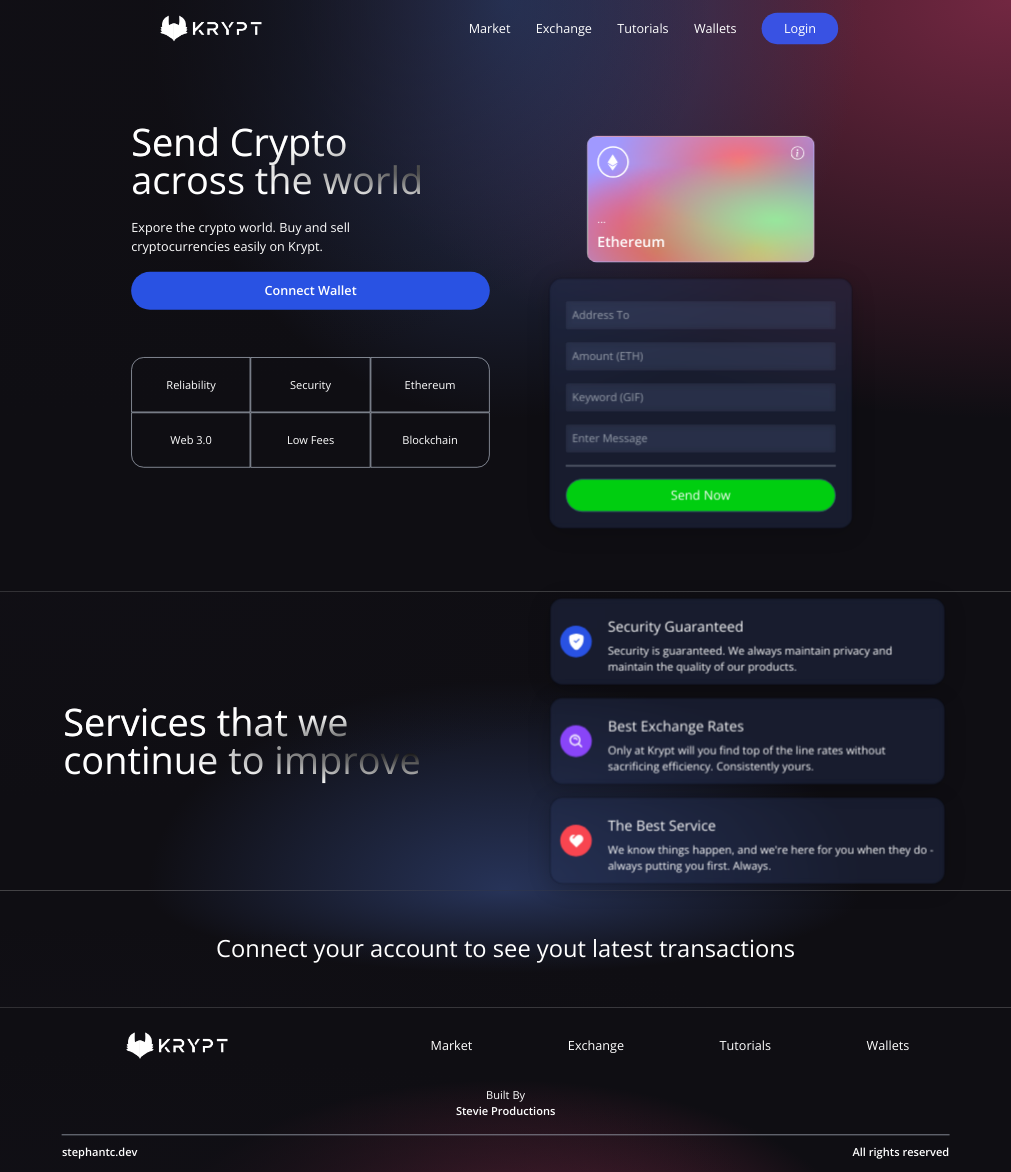
Repository: stephan-chiorean/krypt
Page: / (app in client/)
These files come from the project's save history. The page is drawn as it stood at one moment and after the next save; the edit follows.
The browser window is 1280 px wide. The pictures show the whole page, at 79% of full size.
The project was rebuilt for these pictures with package versions that can differ from the ones it lists, and the page was loaded fresh each time. Also part of the build but not shown: client/vite.config.js, client/src/components/Loader.jsx.

Above is the page before, as saved 2023-03-29 23:45:18.

### client/src/main.jsx
import React from 'react'
import ReactDOM from 'react-dom/client'
import App from './App'
import {TransactionProvider} from './context/TransactionContext';
import './index.css'

ReactDOM.createRoot(document.getElementById('root')).render(
  <TransactionProvider>
  <React.StrictMode>
    <App />
  </React.StrictMode>
  </TransactionProvider>,
)

### client/src/App.jsx
import {Navbar, Welcome, Footer, Services, Transactions} from './components';

const App = () => {

  return (
    <div className="min-h-screen">
      <div className="gradient-bg-welcome">
        <Navbar/>
        <Welcome/>
      </div>
      <Services/>
      <Transactions/>
      <Footer/>
    </div>
  )
}

export default App

### client/src/context/TransactionContext.jsx
import React, { useState, useEffect } from 'react';
import * as ethers from 'ethers';
import { contractABI, contractAddress } from '../utils/constants';
import toast from 'react-hot-toast';

export const TransactionContext = React.createContext();

const { ethereum } = window;

const getEthereumContract = () => {
  console.log(ethers);
  const provider = new ethers.providers.Web3Provider(ethereum);
  const signer = provider.getSigner();
  const transactionContract = new ethers.Contract(
    contractAddress,
    contractABI,
    signer
  );

  return transactionContract;

  //   console.log({
  //     provider,
  //     signer,
  //     transactionContract,
  //   });
};

export const TransactionProvider = ({ children }) => {
  const [connectedAccount, setConnectedAccount] = useState('');
  const [transactions, setTransactions] = useState([])
  const [isTransactionAdded, setIsTransactionAdded] = useState(false);
  const [formData, setFormData] = useState({
    addressTo: '',
    amount: 0,
    keyword: '',
    message: '',
  });
  const [isLoading, setIsLoading] = useState(false);
  const [transactionCount, setTransactionCount] = useState(
    localStorage.getItem('transactionCount')
  );

  const handleChange = (e, name) => {
    setFormData((prevState) => ({ ...prevState, [name]: e.target.value }));
  };

  const getAllTransactions = async () => {
    try {
      if (!ethereum) return alert('Please install metamask');
      const transactionContract = getEthereumContract();

      const availableTransactions =
        await transactionContract.getAllTransactions();

      const structuredTransactions = availableTransactions.map((transaction) => ({
        addressTo: transaction.receiver,
        addressFrom: transaction.sender,
        timestamp: new Date(transaction.timestamp.toNumber() * 1000).toLocaleString(),
        message: transaction.message,
        keyword: transaction.keyword,
        amount:parseInt(transaction.amount._hex) / (10 ** 18),

      }))
      setTransactions(structuredTransactions)
      console.log(structuredTransactions)
      console.log(availableTransactions);
    } catch (err) {
      console.error(err);
    }
  };

  const checkIfWalletIsConnected = async () => {
    try {
      if (!ethereum) return alert('Please install metamask');

      const accounts = await ethereum.request({ method: 'eth_accounts' });
      if (accounts.length) {
        // setConnectedAccount(accounts[0]);
        getAllTransactions();
      } else {
        console.log('No accounts found');
      }
      console.log(accounts);
    } catch (err) {
      console.error(err);
      throw new Error('No ethereum object');
    }
  };

  const checkIfTransactionsExist = async () => {
    try {
      const transactionContract = getEthereumContract();
      const transactionCount = await transactionContract.getTransactionCount();

      window.localStorage.setItem('transactionCount', transactionCount);
    } catch (err) {
      console.error(err);
    }
  };

  const disconnectWallet = async () => {
    setConnectedAccount('');
    console.log('DISCONNECTED');
  };

  const connectWallet = async () => {
    try {
      if (!ethereum) return alert('Please install metamask');

      // Display loading toast
      const loadingToast = toast.loading('Connecting...');

      const accounts = await ethereum.request({
        method: 'eth_requestAccounts',
      });

      setConnectedAccount(accounts[0]);
      console.log('CONNECTED', connectedAccount);

      // Dismiss loading toast and show a success toast
      toast.dismiss(loadingToast);
      toast.success('Connected successfully');
    } catch (err) {
      console.error(err);
      // Dismiss loading toast and show an error toast
      toast.dismiss(loadingToast);
      toast.error('Error connecting to wallet');
      throw new Error('No ethereum object.');
    }
  };

  const sendTransaction = async () => {
    try {
      if (!ethereum) return alert('Please install metamask');
      const { addressTo, amount, keyword, message } = formData;
      const transactionContract = getEthereumContract();
      const parsedAmount = ethers.utils.parseEther(amount);

      await ethereum.request({
        method: 'eth_sendTransaction',
        params: [
          {
            from: connectedAccount,
            to: addressTo,
            gas: '0x5208', //21000 gwei
            value: parsedAmount._hex,
          },
        ],
      });

      const transactionHash = await transactionContract.addToBlockchain(
        addressTo,
        parsedAmount,
        message,
        keyword
      );
      setIsLoading(true);
      const loadingSendToast = toast.loading('Sending ethereum (~20 seconds)...');
      console.log(`Loading - ${transactionHash.hash}`);
      await transactionHash.wait();
      setIsLoading(false);
      console.log(`Success - ${transactionHash.hash}`);

      const transactionCount = await transactionContract.getTransactionCount();
      setTransactionCount(transactionCount.toNumber());
      setIsTransactionAdded(true)
      toast.dismiss(loadingSendToast);
      toast.success('Transaction successful');
    } catch (err) {
      console.error(err);
    }
  };

  useEffect(() => {
    checkIfWalletIsConnected();
    checkIfTransactionsExist();
    console.log('PRINT WHEN LOAD', connectedAccount);
  }, []);

  useEffect(() => {
    if (isTransactionAdded) {
      getAllTransactions();
      setIsTransactionAdded(false);
    }
  }, [isTransactionAdded]);

  return (
    <TransactionContext.Provider
      value={{
        connectWallet,
        connectedAccount,
        formData,
        setFormData,
        handleChange,
        sendTransaction,
        disconnectWallet,
        transactions,
        isLoading,
      }}
    >
      {children}
    </TransactionContext.Provider>
  );
};

### client/src/components/index.js
export {default as Loader} from './Loader';
export {default as Navbar} from './Navbar';
export {default as Footer} from './Footer';
export {default as Welcome} from './Welcome';
export {default as Transactions} from './Transactions';
export {default as Services} from './Services';

### client/src/utils/constants.js
import abi from './Transactions.json';

export const contractABI = abi.abi;
export const contractAddress = '0x48d319b761e733246BF575C86d399bB8EDdA6dEf';

### client/src/components/Navbar.jsx
import { HiMenuAlt4 } from 'react-icons/hi';
import { AiOutlineClose } from 'react-icons/ai';
import { useState } from 'react';
import { useContext } from 'react';
import logo from '../../images/logo.png';
import { TransactionContext } from '../context/TransactionContext';

const NavbarItem = ({ title, classProps }) => {
  return <li className={`mx-4 cursor-pointer ${classProps}`}>{title}</li>;
};
export default () => {
  const [toggleMenu, setToggleMenu] = useState(false);
  const {disconnectWallet, connectedAccount} = useContext(TransactionContext);
  return (
    <nav className='w-full flex md:justify-center justify-between items-center p-4'>
      <div className='md:flex-[0.5] flex-initial justify-center items-center'>
        <img src={logo} alt='logo' className='w-32 cursor-pointer' />
      </div>
      <ul className='text-white md:flex hidden list-none flex-row justify-between items-center flex-initial'>
        {['Market', 'Exchange', 'Tutorials', 'Wallets'].map((item, index) => (
          <NavbarItem key={item + index} title={item} />
        ))}
        <li onClick={disconnectWallet} className='bg-[#3952e3] py-2 px-7 mx-4 rounded-full cursor-pointer hover:bg-[#2546bd]'>
          {connectedAccount ? "Sign Out" : "Login"}
        </li>
      </ul>
      <div className='flex relative'>
        {toggleMenu ? (
          <AiOutlineClose
            fontSize={28}
            className='text-white md:hidden cursor-pointer'
            onClick={() => setToggleMenu(false)}
          />
        ) : (
          <HiMenuAlt4
            fontSize={28}
            className='text-white md:hidden cursor-pointer'
            onClick={() => setToggleMenu(true)}
          />
        )}
        {toggleMenu && (
          <ul className="z-10 fixed top-0 -right-2 p-3 w-[70vw] h-screen shadow-2xl md:hidden list-none flex flex-col justify-start items-end rounded-md blue-glassmorphism text-white animate-slide-in">
            <li className='text-xl w-full my-2'>
              <AiOutlineClose onClick={() => setToggleMenu(false)} className="cursor-pointer"/>
            </li>
            {['Market', 'Exchange', 'Tutorials', 'Wallets'].map(
              (item, index) => (
                <NavbarItem key={item + index} title={item} classProps="my-2 text-lg"/>
              )
            )}
          </ul>
        )}
      </div>
    </nav>
  );
};

### client/src/components/Footer.jsx
import React from 'react'
import logo from '../../images/logo.png';

export default() => {
  return (
    <div className="w-full flex md:justify-center justify-between items-center flex-col p-4 gradient-bg-footer">
      <div className="w-full flex sm:flex-row flex-col justify-between items-center my-4">
        <div className="flex flex-[0.5] justify-center items-center">
          <img src={logo} alt="logo" className="w-32"/>
        </div>
        <div className="flex flex-1 justify-evenly items-center flex-wrap sm:mt-0 mt-5 w-full">
          <p className="text-white text-base text-center mx-2 cursor-pointer">Market</p>
          <p className="text-white text-base text-center mx-2 cursor-pointer">Exchange</p>
          <p className="text-white text-base text-center mx-2 cursor-pointer">Tutorials</p>
          <p className="text-white text-base text-center mx-2 cursor-pointer">Wallets</p>

        </div>

      </div>
      <div className="flex justify-center items-center flex-col mt-5">
        <p className="text-white text-sm text-center">Built By</p>
        <p className="text-white text-sm text-center font-semibold">Stevie Productions</p>
      </div>
      <div className="sm:w-[90%] w-full h-[0.25px] bg-gray-400 mt-5"/>
      <div className="sm:w-[90%] w-full flex justify-between items-center mt-3">
      <p className="text-white text-sm text-center font-semibold">stephantc.dev</p>
      <p className="text-white text-sm text-center font-semibold">All rights reserved</p>

      </div>
    </div>
  )
}

### client/src/components/Welcome.jsx
import { AiFillPlayCircle } from 'react-icons/ai';
import { SiEthereum } from 'react-icons/si';
import { BsInfoCircle } from 'react-icons/bs';
import { TransactionContext } from '../context/TransactionContext';
import React, { useContext } from 'react';
import { Loader } from './';
import {Toaster} from 'react-hot-toast';
import { shortenAddress } from '../utils/shortenAddress';
const commonStyles =
  'min-h-[70px] sm:px-0 px-2 sm:min-w-[120px] flex justify-center items-center border-[0.5px] border-gray-400 text-sm font-light text-white';

const Input = ({ placeholder, name, type, value, handleChange }) => (
  <input
    placeholder={placeholder}
    type={type}
    step='0.0001'
    value={value}
    onChange={(e) => handleChange(e, name)}
    className='my-2 w-full rounded-sm p-2 outline-none text-white border-none text-sm white-glassmorphism'
  />
);
export default () => {
  const {
    connectWallet,
    connectedAccount,
    formData,
    sendTransaction,
    handleChange,
    isLoading,
  } = useContext(TransactionContext);
  const handleSubmit = (e) => {
    const { addressTo, amount, keyword, message } = formData;
    e.preventDefault();

    if (!addressTo || !amount || !keyword || !message) return;
    sendTransaction();
  };
  return (
    <div className='flex w-full justify-center items-center'>
      <Toaster/>
      <div className='flex md:flex-row flex-col items-start justify-between md:p-20 py-12 px-4'>
        <div className='flex flex-1 justify-start flex-col md:mr-10'>
          <h1 className='text-3xl sm:text-5xl text-white text-gradient py-1'>
            Send Crypto <br /> across the world
          </h1>
          <p className='text-left mt-5 text-white font-light md:w-9/12 w-11/12 text-base'>
            Expore the crypto world. Buy and sell cryptocurrencies easily on
            Krypt.
          </p>
          {!connectedAccount && (
            <button
              type='button'
              onClick={connectWallet}
              className='flex flex-row justify-center items-center my-5 bg-[#2952e3] p-3 rounded-full cursor-pointer hover:bg-[#2546bd]'
            >
              <p className='text-white text-base font-semibold'>
                Connect Wallet
              </p>
            </button>
          )}

          <div className='grid sm:grid-cols-3 grid-cols-2 w-full mt-10'>
            <div className={`rounded-tl-2xl ${commonStyles}`}>Reliability</div>
            <div className={commonStyles}>Security</div>
            <div className={`sm:rounded-tr-2xl ${commonStyles}`}>Ethereum</div>
            <div className={`sm:rounded-bl-2xl ${commonStyles}`}>Web 3.0</div>
            <div className={commonStyles}>Low Fees</div>
            <div className={`rounded-br-2xl ${commonStyles}`}>Blockchain</div>
          </div>
        </div>

        <div className='flex flex-col flex-1 items-center justify-start w-full md:mt-0 mt-10'>
          <div className='p-3 justify-end items-start flex-col rounded-xl h-40 sm:w-72 w-full my-5 eth-card white-glassmorphism'>
            <div className='flex justify-between flex-col w-full h-full'>
              <div className='flex justify-between items-start'>
                <div className='w-10 h-10 rounded-full border-2 border-white flex justify-center items-center'>
                  <SiEthereum fontSize={21} color='#fff' />
                </div>
                <BsInfoCircle fontSize={17} color='#fff' />
              </div>
              <div>
                <p className='text-white font-light text-sm'>
                  {shortenAddress(connectedAccount)}
                </p>
                <p className='text-white font-semibold text-lg mt-1'>
                  Ethereum
                </p>
              </div>
            </div>
          </div>

          <div className='p-5 sm:w-96 w-full flex flex-col justify-start items-center blue-glassmorphism'>
            <Input
              placeholder='Address To'
              name='addressTo'
              type='text'
              handleChange={handleChange}
            />
            <Input
              placeholder='Amount (ETH)'
              name='amount'
              type='number'
              handleChange={handleChange}
            />
            <Input
              placeholder='Keyword (GIF)'
              name='keyword'
              type='text'
              handleChange={handleChange}
            />
            <Input
              placeholder='Enter Message'
              name='message'
              type='text'
              handleChange={handleChange}
            />
            <div className='h-[1px] w-full bg-gray-400 my-2' />
            {isLoading ? (
              <Loader />
            ) : (
              <button
                type='submit'
                onClick={handleSubmit}
                className='text-white w-full mt-2 border-[1px] p-2 border-[#3d4f7c] bg-[#00ce10] rounded-full cursor-pointer'
              >
                Send Now
              </button>
            )}
          </div>
        </div>
      </div>
    </div>
  );
};

### client/src/components/Transactions.jsx
import React from 'react';
import { useContext } from 'react';
import { TransactionContext } from '../context/TransactionContext';
import dummyData from '../utils/dummyData';
import { shortenAddress } from '../utils/shortenAddress';
import useFetch from '../hooks/useFetch';

const TransactionCard = ({
  addressTo,
  addressFrom,
  timestamp,
  message,
  keyword,
  amount,
  url,
}) => {
  const gifUrl = useFetch({ keyword });
  return (
    <div className='bg-[#181918] m-4 flex flex-1 2xl:min-w-[450px] 2xl:max-w-[500px] sm:min-w-[270px] sm:max-w-[300px] flex-col p-3 rounded-md hover:shadow-2xl'>
      <div className='flex flex-col items-center w-full mt-3'>
        <div className='justify-start w-full mb-6 p-2 md:h-[200px]'>
          <a
            href={`https://sepolia.etherscan.io/address/${addressFrom}`}
            target='_blank'
            rel='noopener noreferrer'
          >
            <p className='text-white text-base'>
              From : {shortenAddress(addressFrom)}
            </p>
          </a>
          <a
            href={`https://sepolia.etherscan.io/address/${addressTo}`}
            target='_blank'
            rel='noopener noreferrer'
          >
            <p className='text-white text-base'>
              To : {shortenAddress(addressTo)}
            </p>
          </a>
          <p className='text-white text-base'>Amount: {amount} ETH</p>
          {message && (
            <>
              <br />
              <p className='text-white text-base'>Message: {message}</p>
            </>
          )}
        </div>
        <img
          src={gifUrl || url}
          alt='gif'
          className='w-full h-64 2xl:h-96 rounded-md shadow-lg object-cover'
        />

        <div className='bg-black p-3 px-5 w-max rounded-3xl -mt-5 shadow-2xl'>
          <p className='text-[#37c7da] font-bold'>{timestamp}</p>
        </div>
      </div>
    </div>
  );
};
export default () => {
  const { connectedAccount, transactions } = useContext(TransactionContext);
  return (
    <div className='flex w-full justify-center items-center 2xl:px-20 gradient-bg-transactions'>
      <div className='flex flex-col md:p-12 py-12 px-4'>
        {connectedAccount ? (
          <h3 className='text-white text-3xl text-center my-2'>
            Your latest transactions
          </h3>
        ) : (
          <h3 className='text-white text-3xl text-center my-2'>
            Connect your account to see yout latest transactions
          </h3>
        )}
        {connectedAccount && <div className='flex flex-wrap justify-center items-center mt-10'>
          {transactions.reverse().map((transaction, index) => (
            <TransactionCard key={index} {...transaction} />
          ))}
        </div>}
        {/* Latest Transactions */}
        {/* Connect your account to see latest transactions */}
      </div>
    </div>
  );
};

### client/src/components/Services.jsx
import React from 'react';
import { BsShieldFillCheck } from 'react-icons/bs';
import { BiSearchAlt } from 'react-icons/bi';
import { RiHeart2Fill } from 'react-icons/ri';

const ServiceCard = ({color, title, icon, subtitle}) => (
  <div className='flex flex-row md:w-[500px] justify-start items-center p-3 m-2 cursor-pointer blue-glassmorphism'>
    <div className={`w-10 h-10 rounded-full flex justify-center items-center ${color}`}>
      {icon}
    </div>
    <div className="ml-5 flex flex-col flex-1">
      <h1 className="mt-2 text-white text-lg">{title}</h1>
      <p className="mt-2 text-white text-sm">{subtitle}</p>
    </div>
  </div>
);
export default () => {
  return (
    <div className='flex flex-col md:flex-row w-full justify-center items-center gradient-bg-services'>
      <div className='flex md:flex-row flex-col items-center justify-between md:p-20 py-12 px-4'>
        <div className='flex-1 flex flex-col justify-start items-start'>
          <h1 className='text-white text-3xl sm:text-5xl py-2 text-gradient'>
            Services that we
            <br />
            continue to improve
          </h1>
        </div>
      </div>
      <div className='flex-1 flex flex-col justify-start items-center'>
        <ServiceCard
          color='bg-[#2952e3]'
          title='Security Guaranteed'
          icon={<BsShieldFillCheck fontSize={21} className='text-white' />}
          subtitle="Security is guaranteed. We always maintain privacy and maintain the quality of our products."
        />
        <ServiceCard
          color='bg-[#8945f8]'
          title='Best Exchange Rates'
          icon={<BiSearchAlt fontSize={21} className='text-white' />}
          subtitle="Only at Krypt will you find top of the line rates without sacrificing efficiency. Consistently yours."
        />
        <ServiceCard
          color='bg-[#f84550]'
          title='The Best Service'
          icon={<RiHeart2Fill fontSize={21} className='text-white' />}
          subtitle="We know things happen, and we're here for you when they do - always putting you first. Always."
        />
      </div>
    </div>
  );
};

### client/src/utils/shortenAddress.js
export const shortenAddress = (address) => `${address.slice(0,6)}...${address.slice(address.length-4)}`

### client/src/hooks/useFetch.jsx
import { useState } from "react";
import { useEffect } from "react";

const API_KEY = import.meta.env.VITE_GIPHY_API;
const useFetch = ({keyword}) => {
    const [gifUrl, setGifUrl] = useState("")

    const fetchGifs = async() => {
        try {
            const response = await fetch(`https://api.giphy.com/v1/gifs/search?api_key=${API_KEY}&q=${keyword.split(" ").join("")}&limit=1`)

            const {data} = await response.json();

            setGifUrl(data[0]?.images?.downsized_medium?.url)
        } catch(err) {
            console.error(err);
        }
    }
    useEffect(() => {
        if(keyword) fetchGifs();
    }, [keyword])

    return gifUrl;
}

export default useFetch;

Loaded but not shown: client/index.html (common file); client/src/index.css (common file); client/tailwind.config.js (common file); client/src/utils/Transactions.json (140 lines, source omitted); client/src/utils/dummyData.js (56 lines, source omitted)

After the next save:
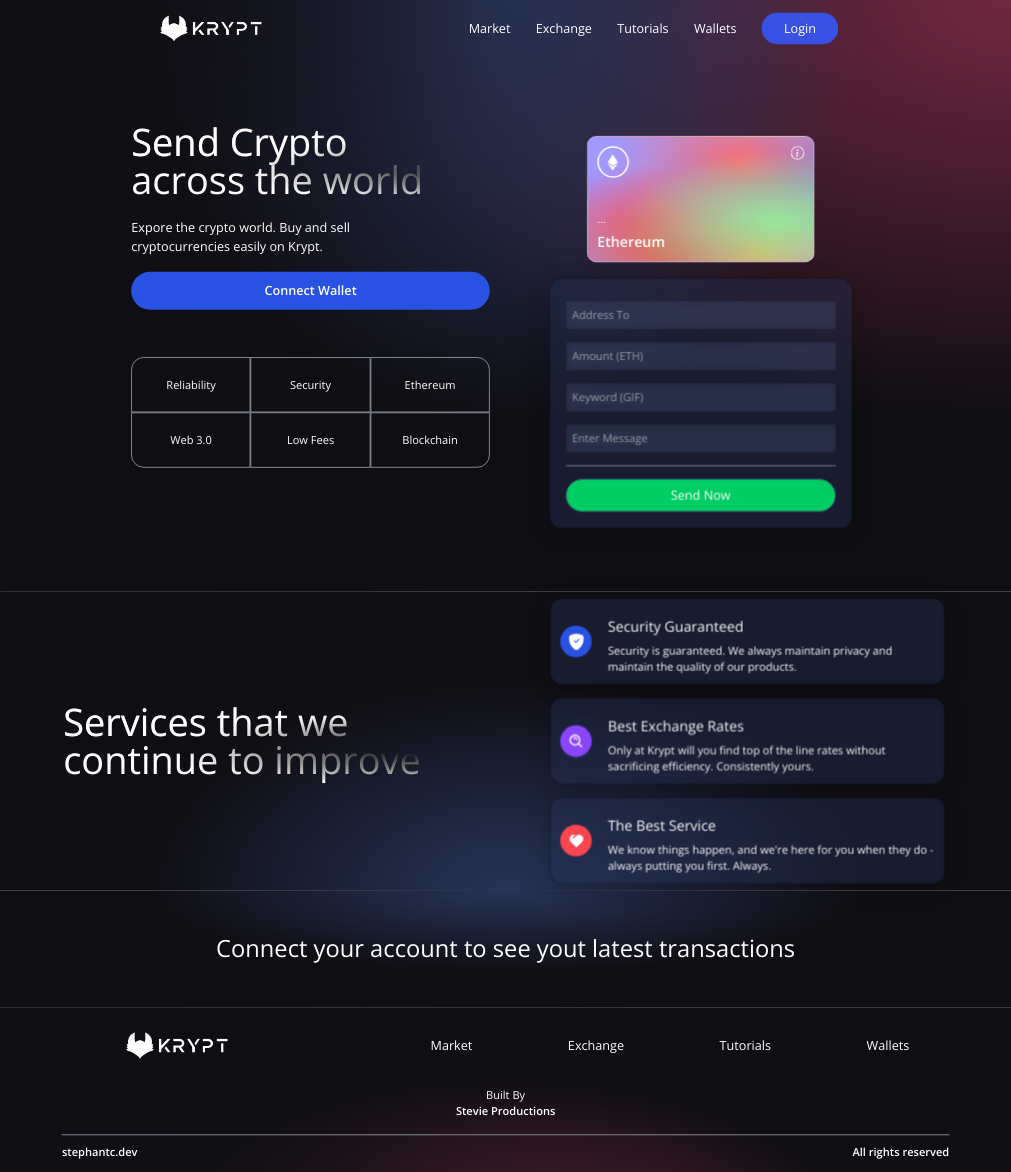
Saved 18 s later.
--- a/client/src/components/Welcome.jsx
+++ b/client/src/components/Welcome.jsx
@@ -121,7 +121,7 @@ export default () => {
               <button
                 type='submit'
                 onClick={handleSubmit}
-                className='text-white w-full mt-2 border-[1px] p-2 border-[#3d4f7c] bg-[#00ce10] rounded-full cursor-pointer'
+                className='text-white w-full mt-2 border-[1px] p-2 border-[#3d4f7c] bg-[#00ce62] rounded-full cursor-pointer'
               >
                 Send Now
               </button>
